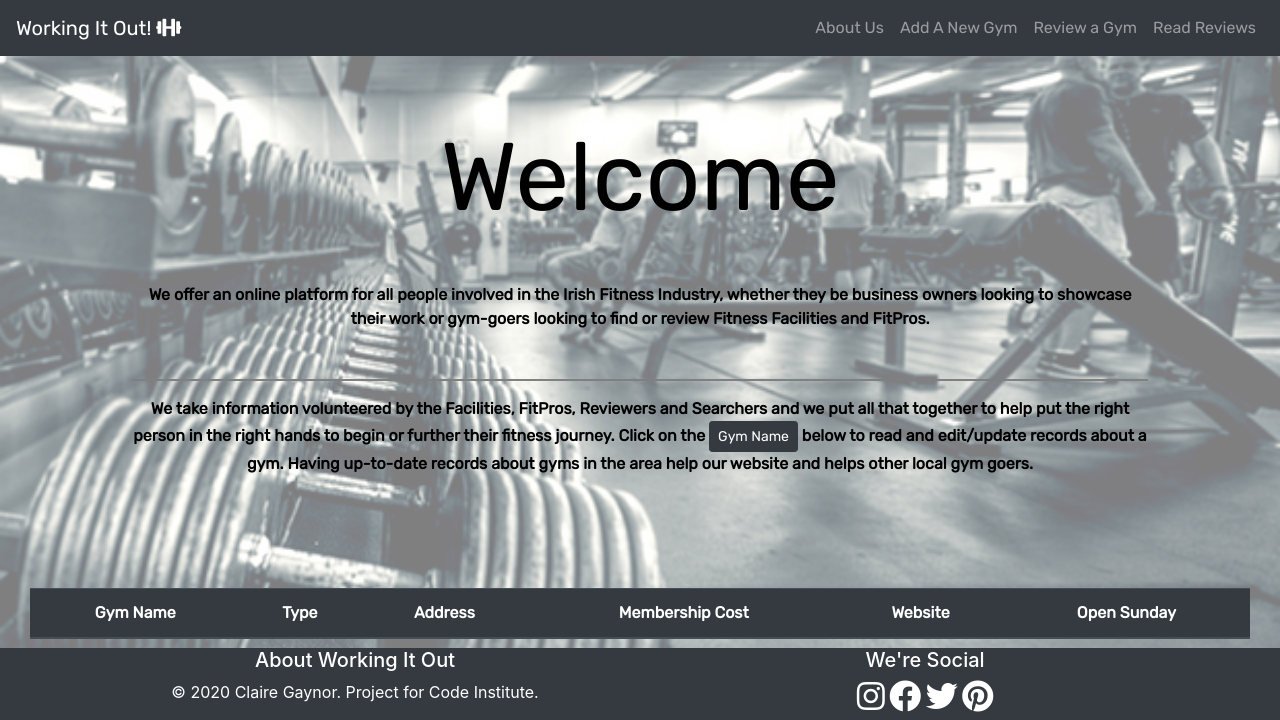
Repository: cgaynor91/Working_It_Out
Page: http://localhost/
The author's editor kept a record of every edit. The page is drawn from the files as they stood at one moment, then again after the next edit.
The browser window is 1280 px wide. The pictures show the whole page.
Some web libraries are served in a nearby version. The page is served by the project's application, run on Flask 3 (app.py). Queries for data that is not in the repository find no rows.

Above is the page before.

After the next edit:
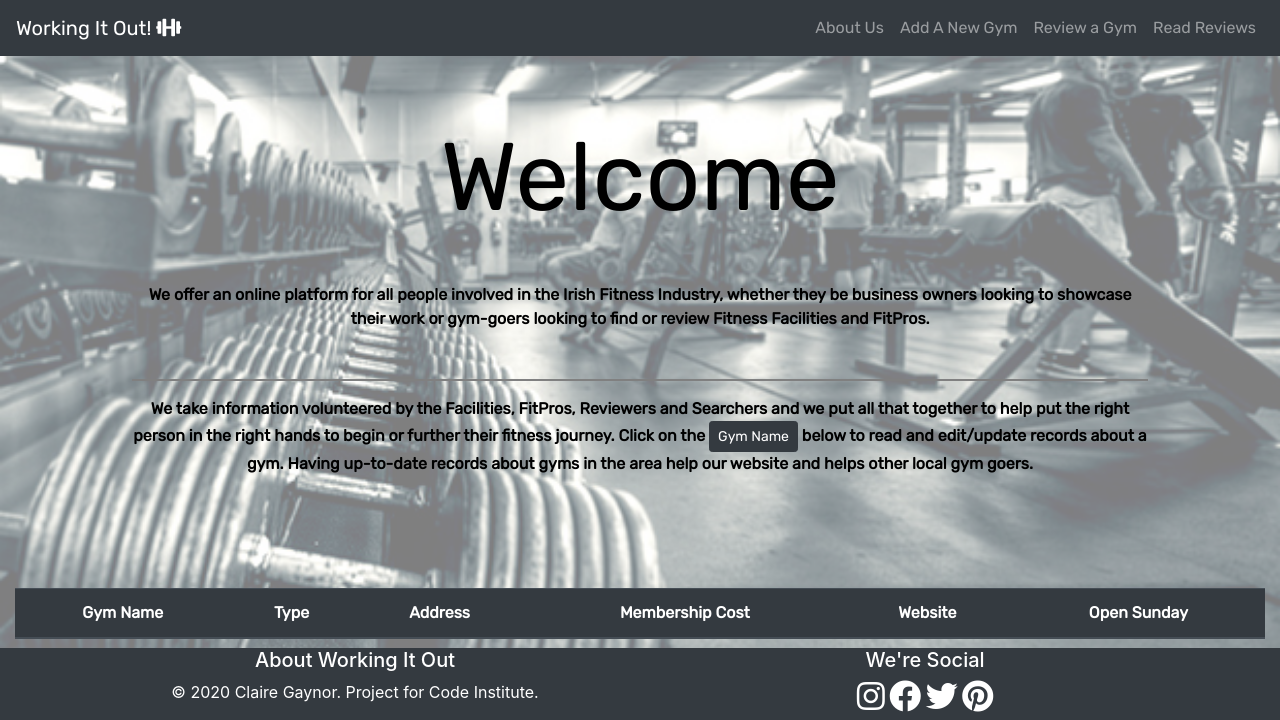
The edit:
--- a/templates/home.html
+++ b/templates/home.html
@@ -15,8 +15,7 @@
 
 
  <!-- Table of gym Data -->
-
-
+ <div class="row justify-content-center">
   <div class="col-12 col-md-8 table-responsive table-data">
    <table class="table table-hover">
     <thead class="thead-dark">
